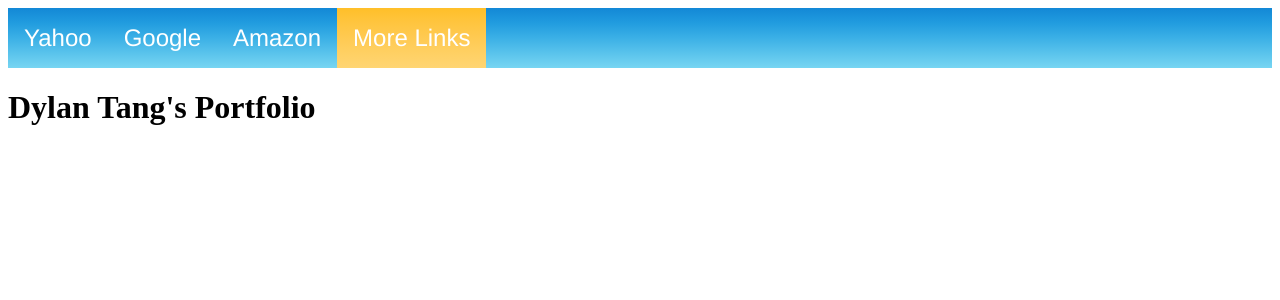
Repository: TangDylan/TangDylan.github.io
Page: index.html
The author's editor kept a record of every edit. The page is drawn from the files as they stood at one moment, then again after the next edit.
The browser window is 1280 px wide. The pictures show the whole page.

Above is the page before.

After the next edit:
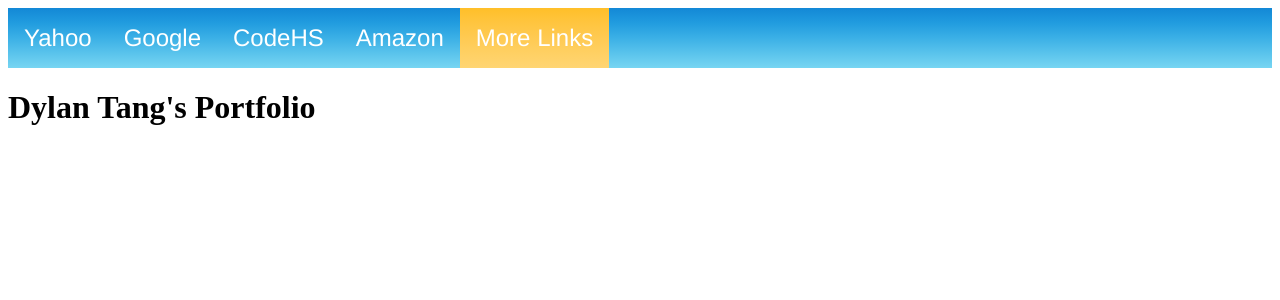
The edit:
--- a/index.html
+++ b/index.html
@@ -60,7 +60,7 @@
     <div class="navbar">
       <a href="https://www.yahoo.com">Yahoo</a>
       <a href="https://www.google.com">Google</a>
-
+      <a href="https://codehs.com">CodeHS</a>
       <a href="https://www.amazon.com/">Amazon</a>
 
       <div class="dropdown">
